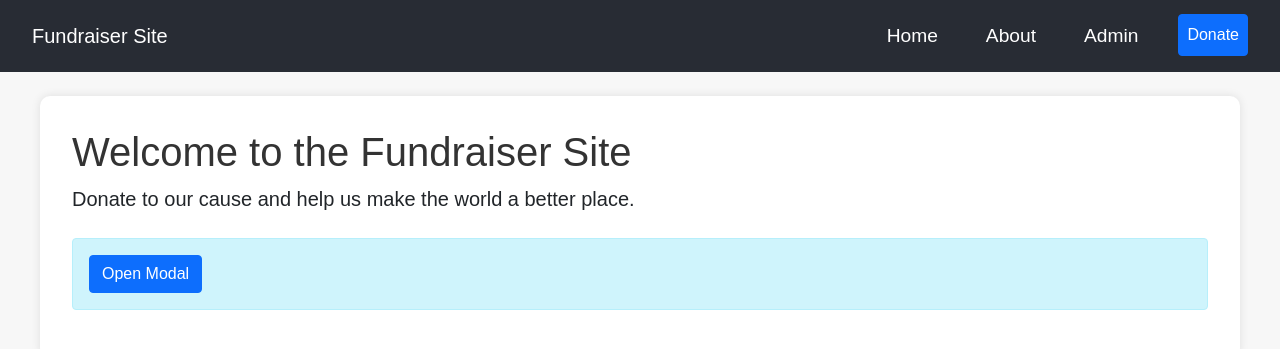
Repository: DragonFruit8/Fundraiser-Page
Page: /
These files come from the project's save history. The page is drawn as it stood at one moment and after the next save; the edit follows.
The browser window is 1280 px wide. The pictures show the whole page.
The project was rebuilt for these pictures with package versions that can differ from the ones it lists, and the page was loaded fresh each time. Also part of the build but not shown: src/pages/About.js, src/pages/Donate.js, src/pages/Admin.js.

Above is the page before, as saved 2024-07-19 14:13:53.

After the next save:
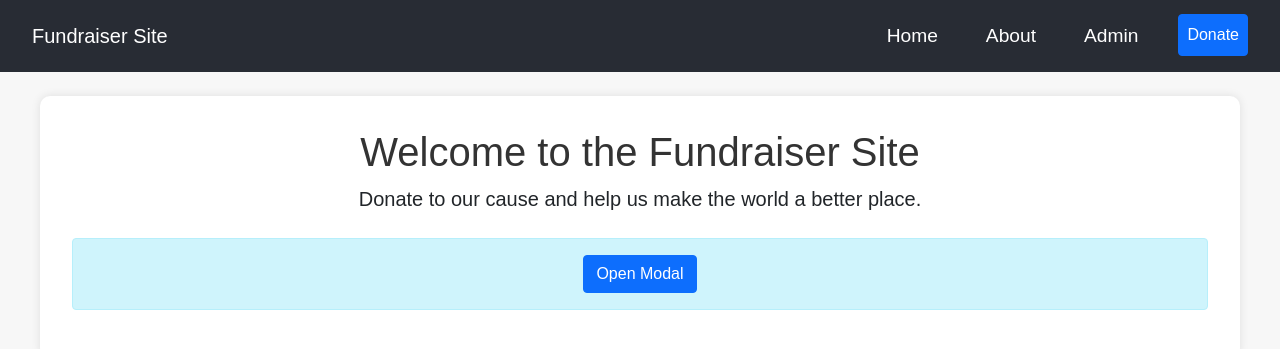
Saved 5 s later.
--- a/src/pages/HomeContainer.js
+++ b/src/pages/HomeContainer.js
@@ -35,7 +35,7 @@ const HomeContainer = () => {
     };
 
     return (
-        <div className="container mt-4">
+        <div className="container mt-4 text-center">
             <h1>Welcome to the Fundraiser Site</h1>
             <p className="lead">Donate to our cause and help us make the world a better place.</p>
             <div className="alert alert-info mt-4" role="alert">
